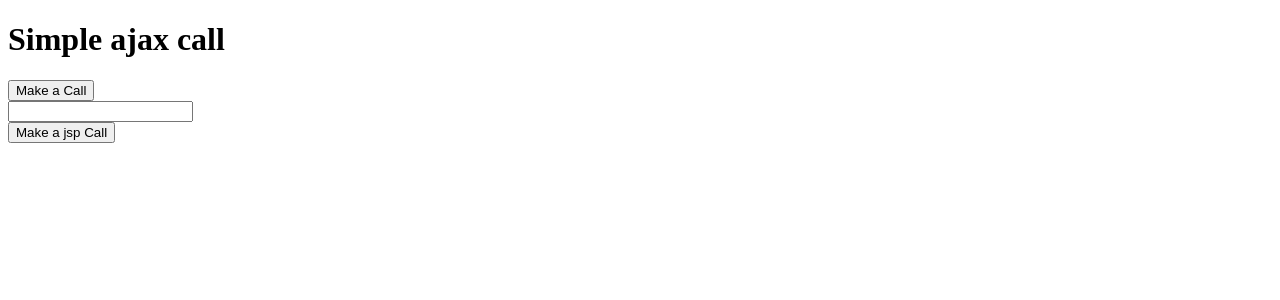
Repository: Padminivittal/Padmini-MWB
Page: MWB Day1/WebContent/lab5-ajax.html
An editor plug-in stored every save of this project. The page is shown before and after the next save, followed by the edit.
The browser window is 1280 px wide. The pictures show the whole page.

Above is the page before, as saved 2012-07-20 11:45:31.

### MWB Day1/WebContent/lab5-ajax.html
<!DOCTYPE HTML>
<html>
<title>
Day 1 -Lab 5
</title>
<script src="js/jquery-1.7.2.js"></script>
<script>
function sendSimpleAjaxCall()
{
	$.ajax({
		url:"simpleText.txt",
		success:function(response){
			alert(response);
		},
		error:function(error){
			alert("wrong call");
		}
	});
	}
function sendSimpleAjaxCallTojsp()
{
	$.ajax({
			url: "ajaxSample.jsp",
			data:{
				name:	$("#nameText").val()
				},
				type:	"GET",
			success:function(response)
			{
				alert(response);
			},
			error:function(error)
			{
			alert("wrong call"+error.statusText);
			}
			});
}
function getTime(){
	$("#time").load("time.jsp")

}
$().ready(function()
{
	$("#btnClick").on("click",sendSimpleAjaxCall);
	$("#btnSimpleClick").on("click",sendSimpleAjaxCallTojsp);
});

</script>
<style>
input:focus
{
background:lightblue;
}
</style>
<head>
</head>
<h1>Simple ajax call</h1>
<body>
<input type="button" value="Make a Call" id="btnClick"/>
<br>
<input type="text" id="nameText"/>
<br>
<input type="button" value="Make a jsp Call" id="btnSimpleClick"/>
<div id="time">
</div>
</body>
</html>

Loaded but not shown: MWB Day1/WebContent/js/jquery-1.7.2.js (library)

After the next save:
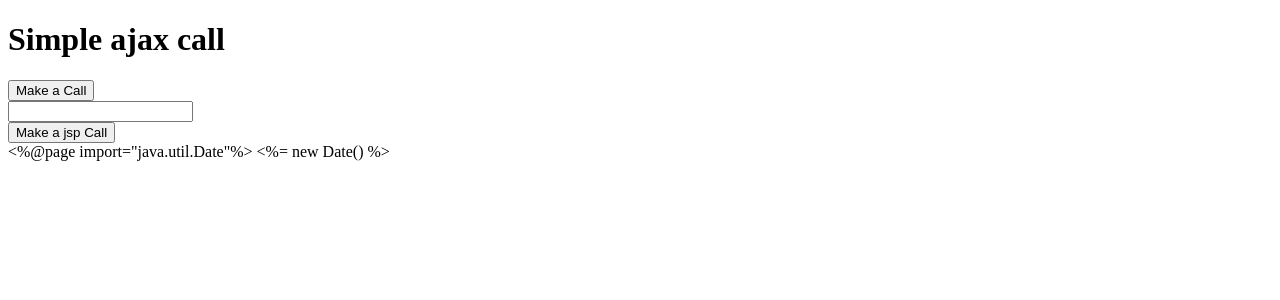
Saved 20 s later.
--- a/MWB Day1/WebContent/lab5-ajax.html
+++ b/MWB Day1/WebContent/lab5-ajax.html
@@ -43,6 +43,7 @@ $().ready(function()
 {
 	$("#btnClick").on("click",sendSimpleAjaxCall);
 	$("#btnSimpleClick").on("click",sendSimpleAjaxCallTojsp);
+	$("#time").load("time.jsp");
 });
 
 </script>
@@ -62,6 +63,7 @@ background:lightblue;
 <br>
 <input type="button" value="Make a jsp Call" id="btnSimpleClick"/>
 <div id="time">
+
 </div>
 </body>
 </html>
